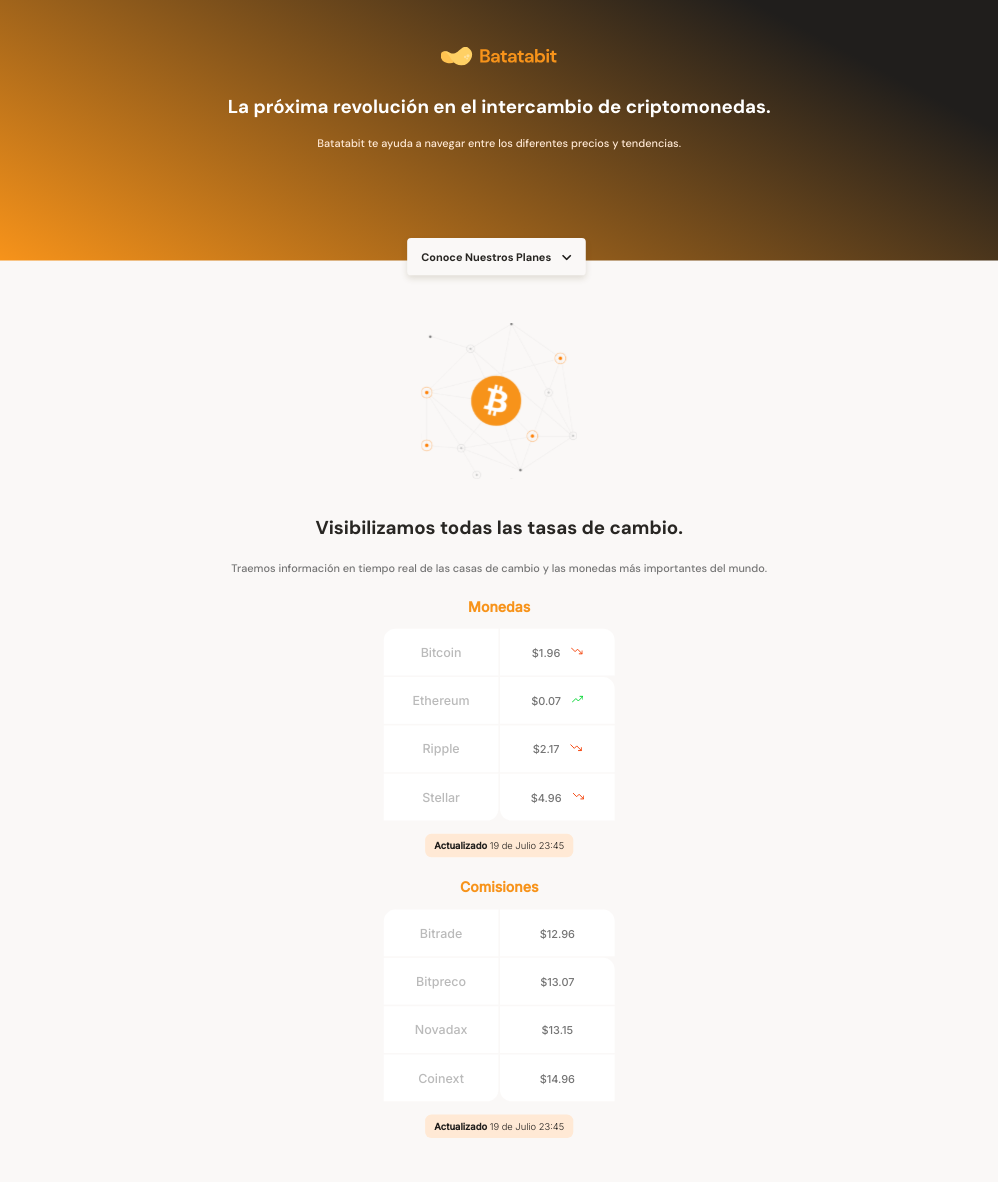
Repository: ChristianGecchelin/spa-full-css-html
Page: index.html
An editor plug-in stored every save of this project. The page is shown before and after the next save, followed by the edit.
The browser window is 1280 px wide. The pictures show the whole page, at 78% of full size.

Above is the page before, as saved 2021-11-29 18:26:45.

### index.html
<!DOCTYPE html>
<html lang="en">
  <head>
    <meta charset="UTF-8" />
    <meta http-equiv="X-UA-Compatible" content="IE=edge" />
    <meta name="viewport" content="width=device-width, initial-scale=1.0" />
    <title></title>
    <link rel="preconnect" href="https://fonts.googleapis.com" />
    <link rel="preconnect" href="https://fonts.gstatic.com" crossorigin />
    <link
      href="https://fonts.googleapis.com/css2?family=DM+Sans:wght@400;500;700&family=Inter:wght@300;500&display=swap"
      rel="stylesheet"
    />
    <link rel="stylesheet" href="./styles/styles.css" />
  </head>
  <!-- shift+alt+A para comentar -->
  <body>
    <header>
      <!-- Las etiquetas principales no necesitan ponerle clase porque solo hay una en el archivo -->
      <img src="./assets/img/logo.svg" alt="logo" />
      <div class="header--title-container">
        <h1>La próxima revolución en el intercambio de criptomonedas.</h1>
        <p>
          Batatabit te ayuda a navegar entre los diferentes precios y
          tendencias.
        </p>
        <a class="header--button" href=""
          >Conoce Nuestros Planes <span></span
        ></a>
      </div>
    </header>
    <main>
      <section class="main-exchange-container">
        <div class="backgroundImg"></div>
        <div class="main-exchange-container--title">
          <h2>Visibilizamos todas las tasas de cambio.</h2>
          <p>
            Traemos información en tiempo real de las casas de cambio y las
            monedas más importantes del mundo.
          </p>
        </div>
        <section class="main-tables-container">
          <!-- creo otra seccion porque tengo mucha información para mostrar -->
          <div class="main-currency-table">
            <p class="currency-table--title">Monedas</p>
            <div class="currency-table--container">
              <table>
                <tr>
                  <!-- table row --><!-- table data, info de la tabla -->
                  <td class="table__top-left">Bitcoin</td>
                  <td class="table__top-right table__right">
                    $1.96 <span class="down"></span>
                  </td>
                </tr>
                <tr>
                  <td>Ethereum</td>
                  <td class="table__top-right table__right">
                    $0.07 <span class="up"></span>
                  </td>
                </tr>
                <tr>
                  <td>Ripple</td>
                  <td class="table__right">$2.17 <span class="down"></span></td>
                </tr>
                <tr>
                  <td class="table__bottom-left">Stellar</td>
                  <td class="table__bottom-right table__right">
                    $4.96 <span class="down"></span>
                  </td>
                </tr>
              </table>
            </div>
            <div class="currency-table--date">
              <p><b>Actualizado</b> 19 de Julio 23:45</p>
            </div>
          </div>
          <div class="main-currency-table">
            <p class="currency-table--title">Comisiones</p>
            <div class="currency-table--container">
              <table>
                <tr>
                  <!-- table row --><!-- table data, info de la tabla -->
                  <td class="table__top-left">Bitrade</td>
                  <td class="table__top-right table__right">$12.96</td>
                </tr>
                <tr>
                  <td>Bitpreco</td>
                  <td class="table__top-right table__right">$13.07</td>
                </tr>
                <tr>
                  <td>Novadax</td>
                  <td class="table__right">$13.15</td>
                </tr>
                <tr>
                  <td class="table__bottom-left">Coinext</td>
                  <td class="table__bottom-right table__right">$14.96</td>
                </tr>
              </table>
            </div>
            <div class="currency-table--date">
              <p><b>Actualizado</b> 19 de Julio 23:45</p>
            </div>
          </div>
        </section>
      </section>
      <section></section>
      <section></section>
      <section></section>
    </main>
    <footer></footer>
  </body>
</html>

### styles/styles.css
/* shift+alt+A para comentar */
/*  1° estilos relacionados a posicionamiento
    2° Modelo de caja (box model width height lo que da dimensión)
    3° Tipografías
    4° Visuales (sombras)
    5° Otros */
:root {
  /* colores (creo variables para no andar buscando los codigos */
  --bitcoin-orange: #f7931a;
  --soft-orange: #ffe9d5;
  --secondary-blue: #1a9af7;
  --soft-blue: #e7f5ff;
  --warm-black: #201e1c;
  --black: #282623;
  --grey: #bababa;
  --off-white: #faf8f7;
  --just-white: #fff;
}
* {
  box-sizing: border-box;
  margin: 0;
  padding: 0;
}
html {
  font-size: 62.5%;
  font-family: "DM Sans", sans-serif;
}
header {
  position: relative;
  display: flex;
  flex-direction: column;
  justify-content: center;
  width: 100%;
  min-width: 320px; /* dimensión más chica en moviles */
  height: 334px;
  text-align: center;
  background: linear-gradient(
    207.8deg,
    #201e1c 16.69%,
    #f7931a 100%
  ); /* el fondo con gradiente */
}
header img {
  width: 150px;
  height: 24px;
  margin-top: 60px;
  align-self: center; /* alineo al hijo (el padre debe tener flex) este caso es alineado horizontal porque el flex-direction es column */
}
.header--title-container {
  width: 90%; /* ocupa el 90% entre 288 y 900px */
  min-width: 288px;
  max-width: 900px;
  height: 218px;
  margin-top: 40px;
  text-align: center;
  align-self: center; /* centro el contenedor */
}
.header--title-container h1 {
  font-size: 2.4rem;
  font-weight: 700;
  line-height: 2.6rem;
  color: var(
    --just-white
  ); /* llamo la variable que cree en root para los colores */
}
.header--title-container p {
  margin-top: 25px;
  font-size: 1.4rem;
  font-weight: 500;
  line-height: 1.8rem;
  color: var(--soft-orange);
}
.header--title-container .header--button {
  position: absolute;
  top: 270px;
  left: calc(
    50% - 118px
  ); /* es importante dejar espacios entre el signo menos y los valores */
  display: block;
  margin-top: 35px;
  padding: 15px;
  width: 229px;
  height: 48px;
  background-color: var(--off-white);
  font-size: 1.4rem;
  font-weight: 700;
  text-decoration: none;
  color: var(--black);
  /* sombras */
  box-shadow: 0px 4px 8px rgba(89, 73, 30, 0.16);
  border: none;
  border-radius: 5px;
}
.header--button span {
  display: inline-block;
  width: 13px;
  height: 8px;
  margin-left: 10px;
  background-image: url(../assets/icons/down-arrow.svg);
}
main {
  width: 100%;
  height: auto;
  background-color: var(--off-white);
  min-width: 320px;
}
.main-exchange-container {
  width: 100%;
  height: auto;
  padding-top: 80px;
  padding-bottom: 30px;
  text-align: center;
}
.main-exchange-container--title {
  width: 90%;
  min-width: 288px;
  max-width: 900px;
  margin: 0 auto;
}
.main-exchange-container .backgroundImg {
  /* le tengo que dar dimensiones porque en el html la imagen no existe */
  width: 200px;
  height: 200px;
  margin: 0 auto;
  margin-bottom: 50px;
  background-image: url(../assets/img/Bitcoin.svg);
  background-size: cover;
  background-position: center;
  background-repeat: no-repeat; /* con estas propiedades de background garantizo que la imagen siempre va a estar centrada y que ocupe el espacio correcto */
}
.main-exchange-container h2 {
  margin-bottom: 30px;
  font-size: 2.4rem;
  font-weight: 700;
  line-height: 2.6rem;
  color: var(--black);
}
.main-exchange-container p {
  margin-bottom: 30px;
  font-size: 1.4rem;
  font-weight: 500;
  line-height: 1.6rem;
  color: #757575;
}
.main-currency-table {
  width: 70%;
  min-width: 235px;
  max-width: 500px;
  height: 360px;
  margin: 0 auto;
  font-family: "inter", "sans-serif";
}
.main-currency-table .currency-table--title {
  margin-bottom: 15px;
  font-size: 1.8rem;
  font-weight: bold;
  line-height: 2.3rem;
  color: var(--bitcoin-orange);
}
.main-currency-table .currency-table--container {
  width: 90%;
  min-width: 230px;
  max-width: 300px;
  height: 250px;
  margin: 0 auto;
}
.currency-table--container table {
  width: 100%;
  height: 100%;
}
.currency-table--container td {
  width: 50%;
  font-size: 1.6rem;
  font-weight: 500;
  line-height: 1.9rem;
  color: var(--grey);
  background-color: var(--just-white);
}
.currency-table--container .table__top-left {
  border-radius: 15px 0 0 0;
}
.currency-table--container .table__top-right {
  border-radius: 0 15px 0 0;
}
.currency-table--container .table__bottom-left {
  border-radius: 0 0 15px 0;
}
.currency-table--container .table__bottom-right {
  border-radius: 0 0 0 15px;
}
.currency-table--container .table__right {
  font-size: 1.4rem;
  font-weight: normal;
  line-height: 1.7rem;
  color: #757575;
}
.currency-table--container .down {
  display: inline-block;
  width: 15px;
  height: 15px;
  margin-left: 10px;
  background-image: url(../assets/icons/trending-down.svg);
  background-size: cover;
  background-position: center;
  background-repeat: no-repeat;
}
.currency-table--container .up {
  display: inline-block;
  width: 15px;
  height: 15px;
  margin-left: 10px;
  background-image: url(../assets/icons/trending-up.svg);
  background-size: cover;
  background-position: center;
  background-repeat: no-repeat;
}
.currency-table--date {
  width: 190px;
  height: 30px;
  margin: 0 auto;
  margin-top: 15px;
  padding: 8px;
  background-color: var(--soft-orange);
  border-radius: 8px;
}
.currency-table--date p {
  font-size: 1.2rem;
  line-height: 1.5rem;
  color: var(--warm-black);
  font-weight: 300;
}

After the next save:
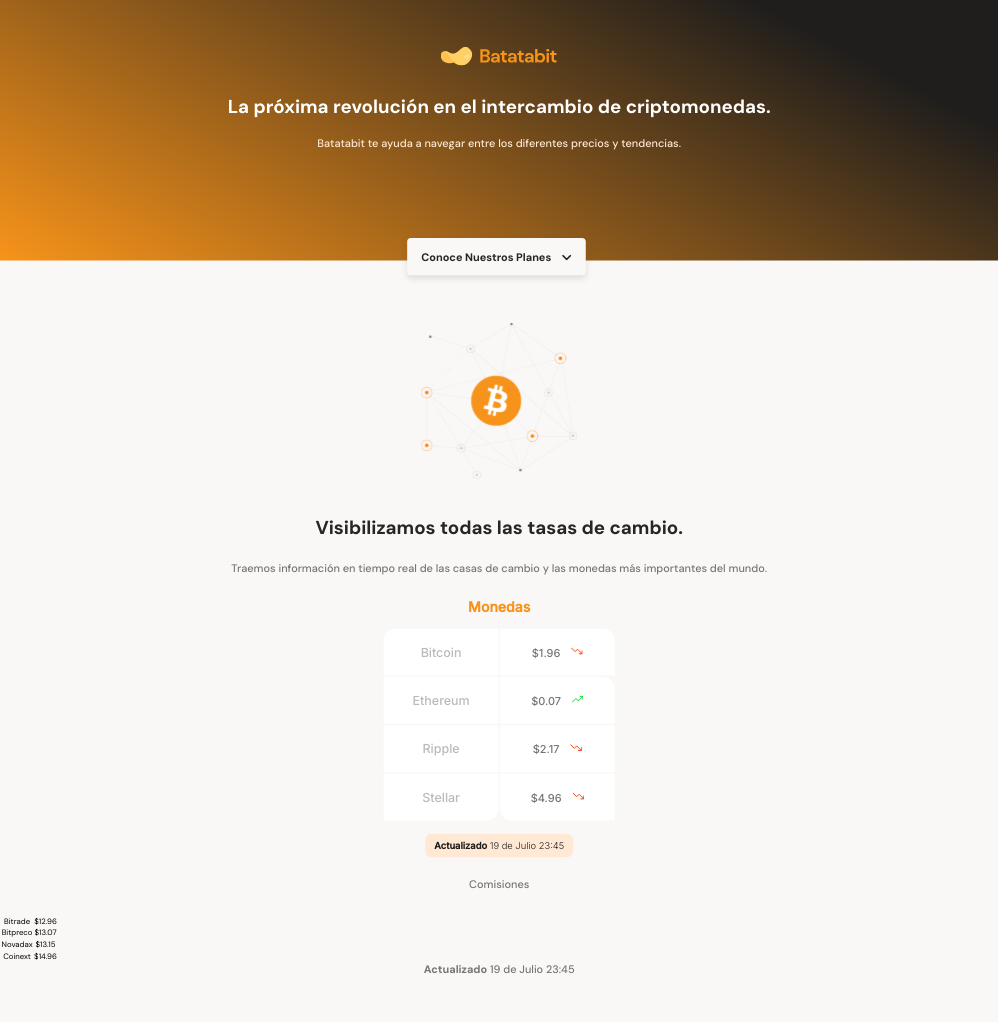
Saved 49 s later.
--- a/index.html
+++ b/index.html
@@ -74,9 +74,9 @@
               <p><b>Actualizado</b> 19 de Julio 23:45</p>
             </div>
           </div>
-          <div class="main-currency-table">
-            <p class="currency-table--title">Comisiones</p>
-            <div class="currency-table--container">
+          <div class="main-comissions-table">
+            <p class="comissions-table--title">Comisiones</p>
+            <div class="comissions-table--container">
               <table>
                 <tr>
                   <!-- table row --><!-- table data, info de la tabla -->
@@ -97,7 +97,7 @@
                 </tr>
               </table>
             </div>
-            <div class="currency-table--date">
+            <div class="comissions-table--date">
               <p><b>Actualizado</b> 19 de Julio 23:45</p>
             </div>
           </div>
